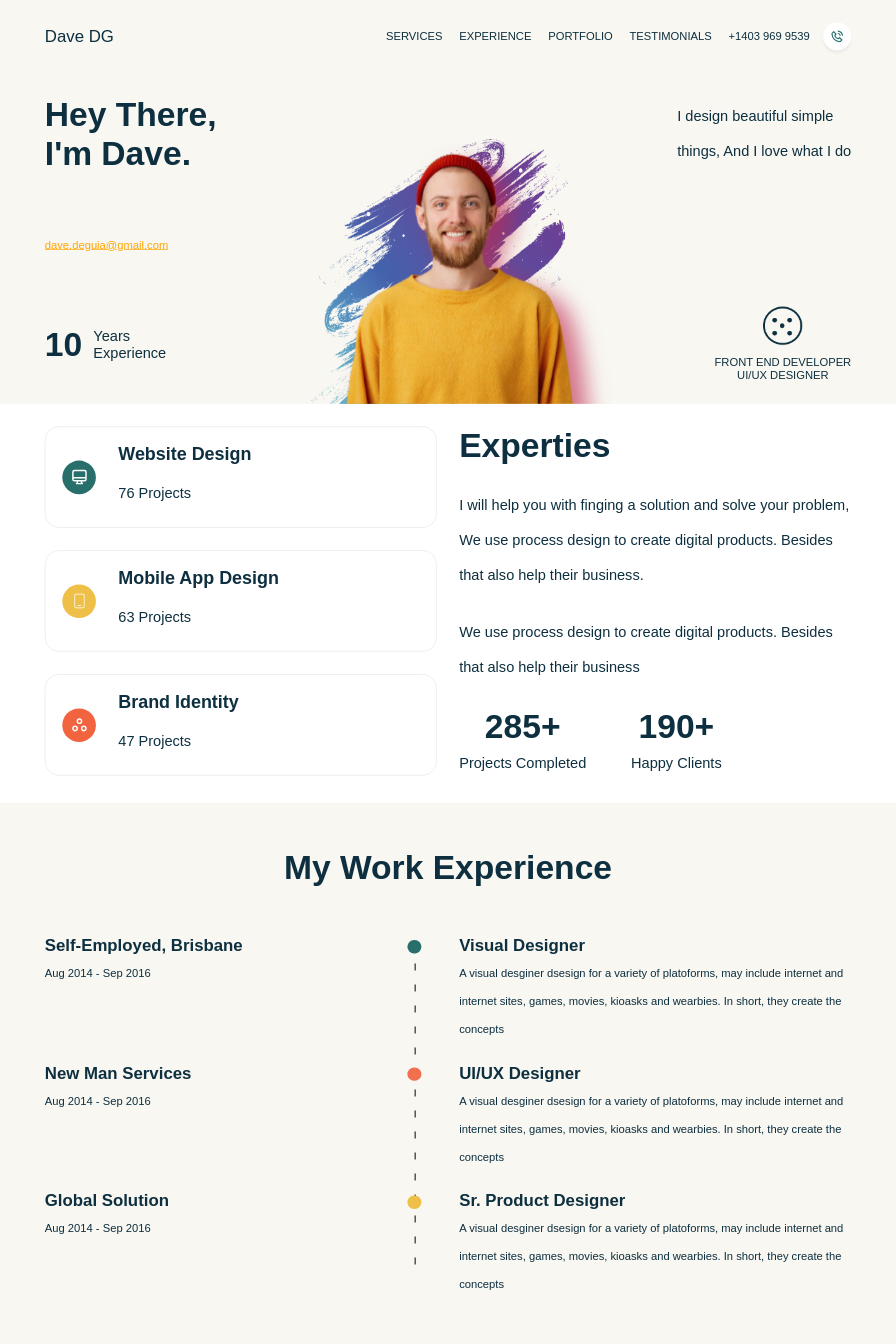
Repository: davedeguia/framer-motion-portfolio
Page: /
These files come from the project's save history. The page is drawn as it stood at one moment and after the next save; the edit follows.
The browser window is 1280 px wide. The pictures show the part of the page from y = 0 to 1920 px (the page is 7515 px tall before and 720 px after), at 70% of full size.
Some web fonts or font styles are not loaded; a fallback is used. The project was rebuilt for these pictures with package versions that can differ from the ones it lists, and the page was loaded fresh each time. Also part of the build but not shown: vite.config.js, src/components/Portfolio/Portfolio.module.scss.

Above is the page before, as saved 2023-02-10 21:59:24.

### index.html
<!DOCTYPE html>
<html lang="en">
  <head>
    <meta charset="UTF-8" />
    <link rel="icon" type="image/svg+xml" href="/vite.svg" />
    <meta name="viewport" content="width=device-width, initial-scale=1.0" />
    <link rel="stylesheet" href="https://stijndv.com/fonts/Eudoxus-Sans.css" />
      <title>Dave DG</title>
  </head>
  <body>
    <div id="root"></div>
    <script type="module" src="/src/main.jsx"></script>
  </body>
</html>

### src/main.jsx
import React from 'react'
import ReactDOM from 'react-dom/client'
import App from './App'
import './styles/index.css'
import './styles/global.scss'

ReactDOM.createRoot(document.getElementById('root')).render(
  <React.StrictMode>
    <App />
  </React.StrictMode>
)

### src/App.jsx
import Experties from './components/Experties/Experties'
import Header from './components/Header/Header'
import Hero from './components/Hero/Hero'
import Portfolio from './components/Portfolio/Portfolio'
import Works from './components/Works/Works'
import css from './styles/app.module.scss'

const App = () => {
  return (
    <div className={`bg-primary ${css.container}`}>
      <Header />
      <Hero />
      <Experties />
      <Works />
      <Portfolio />
    </div>
  )
}

export default App

### src/styles/index.css
* {
    margin: 0;
    padding: 0;
    box-sizing: border-box;
    scroll-behavior: smooth;
    font-family: "Eudoxus Sans", sans-serif;
  }

### src/styles/global.scss
@import './constants.scss';

.bg-primary {
  background: #F8F7F1;
}

.innerWidth {
  @media (min-width: $xxl) {
    max-width: 1280px;
    margin: auto;
  }

  width: 100%;
}

.paddings {
  @media (min-width: $sm) {
    padding: 4rem;
  }


  @media (min-width: $xl),
  (min-width: $md) {
    padding-top: 2rem;
    padding-bottom: 2rem;
  }

  padding-left: 1.5rem;
  padding-right: 1.5rem;
  padding-top: 1.5rem;
  padding-bottom: 1.5rem;
}



.xPaddings {
  @media (min-width: $sm) {
    padding-left: 4rem;
    padding-right: 4rem;
  }

  padding-left: 1.5rem;
  /* 24px */
  padding-right: 1.5rem;
  /* 24px */
}

.yPaddings {
  @media (min-width: $sm) {
    padding-top: 4rem;
    padding-bottom: 4rem;
  }

  @media (min-width: $xl) {
    padding-top: 2rem;
    padding-bottom: 2rem;
  }

  padding-top: 3rem;
  padding-bottom: 3rem;
}

.topPaddings {
  @media (min-width : $sm) {
    padding-top: 4rem;
  }

  @media (min-width: $xl) {
    padding-top: 2rem;
  }

  padding-top: 3rem;
}


.bottomPaddings {
  @media (min-width : $sm) {
    padding-bottom: 4rem;
  }

  @media (min-width: $xl) {
    padding-bottom: 2rem;
  }

  padding-bottom: 3rem;
}


.flexCenter {
  display: flex;
  justify-content: center;
  align-items: center;
}

.flexStart {
  display: flex;
  justify-content: start;
  align-items: center;
}

.flexEnd {
  display: flex;
  justify-items: end;
}

.primaryText {
  @media (max-width: $sm) {
    font-size: 2.5rem;
  }
  font-size: 3rem;
  font-weight: bold;
}

.secondaryText {
  @media (max-width: $sm) {
    font-size: 1.1rem;
    line-height: 40px;
  }
  line-height: 50px;
  font-size: 1.3rem;
  font-weight: 500
}
.anchor {
  display: block;
  position: relative;
  top: -100px;
  visibility: hidden;
}

### src/components/Experties/Experties.jsx
import React from 'react'
import css from './Experties.module.scss'
import { projectExperience, WhatDoIHelp } from '../../utils/data'
import { motion } from 'framer-motion'
import { fadeIn, staggerContainer, textVariant } from '../../utils/motion.js'

const Experties = () => {
  return (
    <motion.section
      variants={staggerContainer}
      initial='hidden'
      whileInView='show'
      viewport={{ once: false, amount: 0.25 }}
      className={css.wrapper}
    >
      <div
        className={`paddings yPaddings flexCenter innerWidth ${css.container}`}
      >
        <div className={css.leftSide}>
          {projectExperience.map((exp, i) => {
            return (
              <motion.div
                variants={fadeIn('right', 'tween', (i + 1) * 0.2, 1)}
                className={css.exp}
                key={i}
              >
                <div className='flexCenter' style={{ background: exp.bg }}>
                  <exp.icon size={25} color='white' />
                </div>

                <div>
                  <span>{exp.name}</span>
                  <span className='secondaryText'>{exp.projects} Projects</span>
                </div>
              </motion.div>
            )
          })}
        </div>
        <motion.div variants={textVariant(0.5)} className={css.rightSide}>
          <span className='primaryText'>Experties </span>
          {WhatDoIHelp.map((paragraph, i) => {
            return (
              <span className='secondaryText' key={i}>
                {paragraph}
              </span>
            )
          })}

          <div className={`flexCenter ${css.stats}`}>
            <div className={`flexCenter ${css.stat}`}>
              <span className='primaryText'>285+</span>
              <span className='secondaryText'>Projects Completed</span>
            </div>

            <div className={`flexCenter ${css.stat}`}>
              <span className='primaryText'>190+</span>
              <span className='secondaryText'>Happy Clients</span>
            </div>
          </div>
        </motion.div>
      </div>
    </motion.section>
  )
}

export default Experties

### src/components/Header/Header.jsx
import React, { useState } from 'react'
import css from './Header.module.scss'
import { BiMenuAltRight, BiPhoneCall } from 'react-icons/bi'
import { motion } from 'framer-motion'
import { getMenuStyles, headerVariants } from '../../utils/motion'
import useHeaderShadow from '../../hooks/useHeaderShadow'

const Header = () => {
  const [menuOpened, setMenuOpened] = useState(false)
  const headerShadow = useHeaderShadow()
  return (
    <motion.div
      initial='hidden'
      whileInView='show'
      variants={headerVariants}
      viewport={{ once: false, amount: 0.25 }}
      className={`bg-primary paddings ${css.wrapper}`}
      style={{ boxShadow: headerShadow }}
    >
      <div className={`flexCenter innerWidth ${css.container}`}>
        <div className={css.name}>Dave DG</div>
        <ul
          style={getMenuStyles(menuOpened)}
          className={`flexCenter ${css.menu}`}
        >
          <li>
            <a href='#experties'>Services</a>
          </li>

          <li>
            <a href='#work'>Experience</a>
          </li>

          <li>
            <a href='#portfolio'>Portfolio</a>
          </li>

          <li>
            <a href='#people'>Testimonials</a>
          </li>

          <li className={`flexCenter ${css.phone}`}>
            <p>+1403 969 9539</p>
            <BiPhoneCall size={'40px'} />
          </li>
        </ul>
        {/* for medium and small screens */}
        <div
          className={css.menuIcon}
          onClick={() => setMenuOpened((prev) => !prev)}
        >
          <BiMenuAltRight size={30} />
        </div>
      </div>
    </motion.div>
  )
}

export default Header

### src/components/Hero/Hero.jsx
import React from 'react'
import css from './Hero.module.scss'
import { motion } from 'framer-motion'
import { fadeIn, slideIn, staggerContainer } from '../../utils/motion'

const Hero = () => {
  return (
    <section className={`paddings ${css.wrapper}`}>
      <motion.div
        variants={staggerContainer}
        initial='hidden'
        whileInView='show'
        viewport={{ once: false, amount: 0.25 }}
        className={`innerWidth ${css.container}`}
      >
        {/* upper elements */}
        <div className={css.upperElements}>
          <motion.span
            variants={fadeIn('right', 'tween', 0.2, 1)}
            className='primaryText'
          >
            Hey There, <br /> I'm Dave.
          </motion.span>
          <motion.span
            variants={fadeIn('left', 'tween', 0.4, 1)}
            className='secondaryText'
          >
            I design beautiful simple <br /> things, And I love what I do
          </motion.span>
        </div>

        {/* person image */}
        <motion.div
          variants={fadeIn('up', 'tween', 0.3, 1)}
          className={css.person}
        >
          <motion.img
            variants={slideIn('up', 'tween', 0.5, 1.3)}
            src='./person.png'
            alt=''
          />
        </motion.div>

        {/* email */}
        <a className={css.email} href='mailto:dave.deguia@gmail.com'>
          dave.deguia@gmail.com
        </a>

        {/* lower elements */}
        <div className={css.lowerElements}>
          <div className={css.experience}>
            <div className='primaryText'>10</div>
            <div className='secondaryText'>
              <div>Years</div>
              <div>Experience</div>
            </div>
          </div>
          <div className={css.certificate}>
            <img src='./certificate.png' alt='' />
            <span>FRONT END DEVELOPER</span>
            <span>UI/UX DESIGNER</span>
          </div>
        </div>
      </motion.div>
    </section>
  )
}

export default Hero

### src/components/Portfolio/Portfolio.jsx
import React from 'react'
import css from './Portfolio.module.scss'
import { motion } from 'framer-motion'
import { fadeIn, staggerChildren } from '../../utils/motion.js'

const Portfolio = () => {
  return (
    <motion.section
      variants={staggerChildren}
      initial='hidden'
      whileInView='show'
      viewport={{ once: false, amount: 0.25 }}
      className={`paddings ${css.wrapper}`}
    >
      <div className={`innerWidth flexCenter ${css.container}`}>
        <div className={`flexCenter ${css.heading}`}>
          <div>
            <span className='primaryText'>My Latest Works</span>
            <p style={{ marginTop: '10px' }}>
              Perfect Solution for digital experience
            </p>
          </div>
          <span className='secondaryText'>Explore More Works</span>
        </div>

        {/* images */}
        <div className={css.showCase}>
          <motion.img
            variants={fadeIn('up', 'tween', 0.5, 0.6)}
            src='./showCase1.png'
            alt='project'
          />
          <motion.img
            variants={fadeIn('up', 'tween', 0.7, 0.6)}
            src='./showCase2.png'
            alt='project'
          />
          <motion.img
            variants={fadeIn('up', 'tween', 0.9, 0.6)}
            src='./showCase3.png'
            alt='project'
          />
        </div>
      </div>
    </motion.section>
  )
}

export default Portfolio

### src/components/Works/Works.jsx
import React from 'react'
import { workExp } from '../../utils/data'
import css from './Works.module.scss'
import { motion } from 'framer-motion'
import {
  fadeIn,
  staggerChildren,
  textVariant2,
  zoomIn,
} from '../../utils/motion'
const Works = () => {
  return (
    <motion.section
      variants={staggerChildren}
      initial='hidden'
      whileInView='show'
      viewport={{ once: false, amount: 0.25 }}
      className={`paddings ${css.wrapper}`}
    >
      <a className='anchor' id='work'></a>

      <div className={`innerWidth flexCenter ${css.container}`}>
        {/* heading */}
        <span className='primaryText yPaddings'>My Work Experience</span>

        <div className={`flexCenter ${css.experiences}`}>
          {workExp.map((exp, i) => {
            return (
              <motion.div
                variants={textVariant2}
                key={i}
                className={`flexCenter ${css.exp}`}
              >
                <div className={css.post}>
                  <h1>{exp.place}</h1>
                  <p>{exp.tenure}</p>
                </div>
                <div className={css.role}>
                  <h1>{exp.role}</h1>
                  <p>{exp.detail}</p>
                </div>
              </motion.div>
            )
          })}

          <motion.div variants={zoomIn(1, 1)} className={css.progressbar}>
            <motion.div
              variants={fadeIn('down', 'tween', 2, 1.5)}
              className={css.line}
            ></motion.div>
            <div>
              <div
                className={css.circle}
                style={{ background: '#286F6C' }}
              ></div>
            </div>
            <div>
              <div
                className={css.circle}
                style={{ background: '#F2704E' }}
              ></div>
            </div>
            <div>
              <div
                className={css.circle}
                style={{ background: '#EEC048' }}
              ></div>
            </div>
          </motion.div>
        </div>
      </div>
    </motion.section>
  )
}

export default Works

### src/styles/app.module.scss
@import './constants.scss';

.container{
    overflow-x: clip;
    position: relative;
    color: $primary;

}

### src/components/Experties/Experties.module.scss
@import './../../styles/constants.scss';

.wrapper {
    background: white;

    .container {
        align-items: flex-start;
        gap: 2rem;
        flex-wrap: wrap;
        >div {
            flex: 1;
        }

        .leftSide {
            display: flex;
            flex-direction: column;
            gap: 2rem;

            .exp {
                display: flex;
                align-items: center;
                border: 1px solid $secondary-white;
                border-radius: 20px;
                padding: 1.5rem;
                gap: 2rem;
                transition: all 200ms ease-out;

                &hover {
                    cursor: pointer;
                    box-shadow: 0px 21px 13px rgba(0, 0, 0, 0.04);
                }

                //icon circles
                >:nth-child(1) {
                    padding: 10px;
                    width: 3rem;
                    height: 3rem;
                    border-radius: 999px;
                }

                //description
                >:nth-child(2) {
                    display: flex;
                    flex-direction: column;
                    gap: 1rem;

                    >:nth-child(1) {
                        font-size: 1.6rem;
                        font-weight: bold;
                    }
                }

            }
        }

        .rightSide {
            @media (max-width: $sm) {
                text-align: center;
            }
            display: flex;
            flex-direction: column;
            gap: 2rem;

            .stats {
                justify-content: flex-start;
                gap: 4rem;

                .stat {
                    flex-direction: column;
                    justify-content: flex-start;
                }
            }
        }
    }
}

### src/components/Header/Header.module.scss
@import './../../styles/constants.scss';

.wrapper {
    position: relative;
    z-index: 99;
    opacity: 1;
    transform: none;
    position: sticky;
    top: 0px;
    transition: all 300ms ease;

    .container {
        position: relative;
        justify-content: space-between;
        font-weight: 500;

        .name {
            font-size: 1.5rem;
            font-weight: 500;
        }

        .menu {

            @media (max-width: $sm),
            (max-width: $md) {
                position: absolute;
                list-style: none;
                gap: 2rem;
                font-weight: 500;
                flex-direction: column;
                right: 0;
                top: 3rem;
                height: calc(100vh - 6.3rem);
                width: 50%;
                min-width: 15rem;
                background: white;
                padding: 2rem;
                display: flex;
                border-radius: 10px;
                transition: all 200ms ease;
                align-items: flex-start;
                padding: 3rem;
                justify-content: flex-start;
                box-shadow: 0px 4px 4px rgba(0, 0, 0, 0.05);
            }

            text-transform: uppercase;
            font-size: 1rem;
            list-style: none;
            gap: 1.5rem;
            cursor: pointer;

            li {
                a {
                    color: inherit;
                    text-decoration: none;
                }

                &:hover {
                    color: $secondary;
                }
            }

            .phone {
                gap: 1.2rem;
                flex-wrap: wrap;

                svg {
                    color: $secondary;
                    background-color: white;
                    padding: 10px;
                    border-radius: 999px;
                    box-shadow: 0px 4px 4px rgba(0, 0, 0, 0.05);
                }
            }
        }



        .menuIcon {

            @media (max-width: $sm),
            (max-width: $md) {
                display: block;
            }

            display: none;
        }
    }
}

### src/components/Works/Works.module.scss
@import './../../styles/constants.scss';

.wrapper {
    .container {
        flex-direction: column;
        gap: 2rem;

        .experiences {
            width: 100%;
            flex-direction: column;
            gap: 1.4rem;
            position: relative;

            .exp {
                width: 100%;
                justify-content: space-between;
                line-height: 40px;
                align-items: flex-start;

                >div {
                    flex: 1;
                }

                .role {
                    margin-left: 2rem;
                }
            }

            .progressbar {
                position: absolute;
                height: 100%;
                display: flex;
                flex-direction: column;
                gap: 1.4rem;
                left: 45%;

                .line {
                    position: absolute;
                    height: 92%;
                    width: 2px;
                    background-image: linear-gradient(black 33%, rgba(255, 255, 255, 0) 0%);
                    background-position: right;
                    background-size: 2px 30px;
                    background-repeat: repeat-y;
                    left: 48%;
                    z-index: 1;
                    border-radius: 5px;
                }

                >div {
                    flex: 1;
                    padding-top: .8rem;
                    z-index: 2;

                    .circle {
                        border-radius: 50%;
                        background: black;
                        width: 1.2rem;
                        height: 1.2rem;
                    }
                }
            }
        }

    }
}

### src/hooks/useOutsideAlerter.jsx
import { useEffect, useState } from "react";

export default function useOutsideAlerter({menuRef, setMenuOpened}) {
  const viewport_width = document.documentElement.clientWidth;
  useEffect(() => {
    /**
     * Alert if clicked on outside of element
     */
    function handleClickOutside(event) {
      if (menuRef.current && !menuRef.current.contains(event.target)) {
        if (viewport_width <= 640) {
            setMenuOpened(false);
        }
      }
    }
    // Bind the event listener
    document.addEventListener("mousedown", handleClickOutside);
    return () => {
      // Unbind the event listener on clean up
      document.removeEventListener("mousedown", handleClickOutside);
    };
  }, [menuRef]);

}

Loaded but not shown: src/styles/constants.scss (common file); src/hooks/useHeaderShadow.jsx (common file); src/utils/data.js (156 lines, source omitted); src/utils/motion.js (151 lines, source omitted); src/components/Hero/Hero.module.scss (92 lines, source omitted)

After the next save:
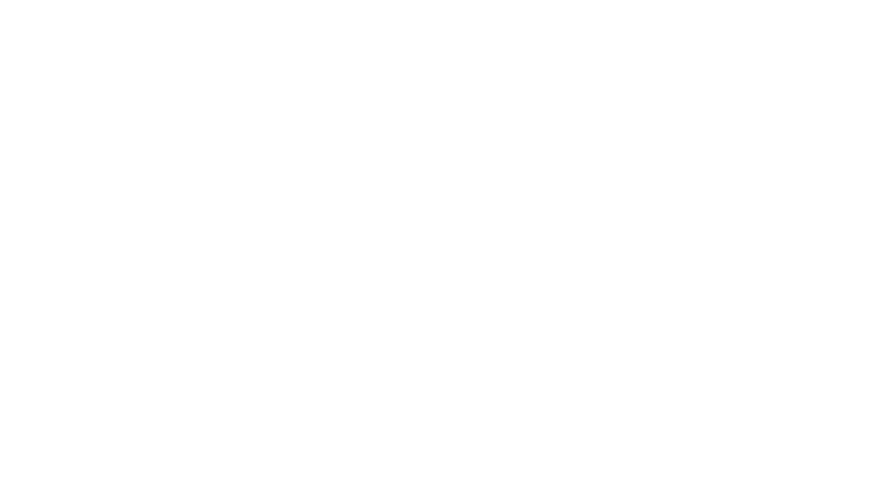
Console error: ReferenceError: useRef is not defined
Saved 39 s later.
--- a/src/components/Header/Header.jsx
+++ b/src/components/Header/Header.jsx
@@ -6,6 +6,7 @@
 import useHeaderShadow from '../../hooks/useHeaderShadow'
 
 const Header = () => {
+  const menuRef = useRef(null)
   const [menuOpened, setMenuOpened] = useState(false)
   const headerShadow = useHeaderShadow()
   return (

After the 3 saves that followed:
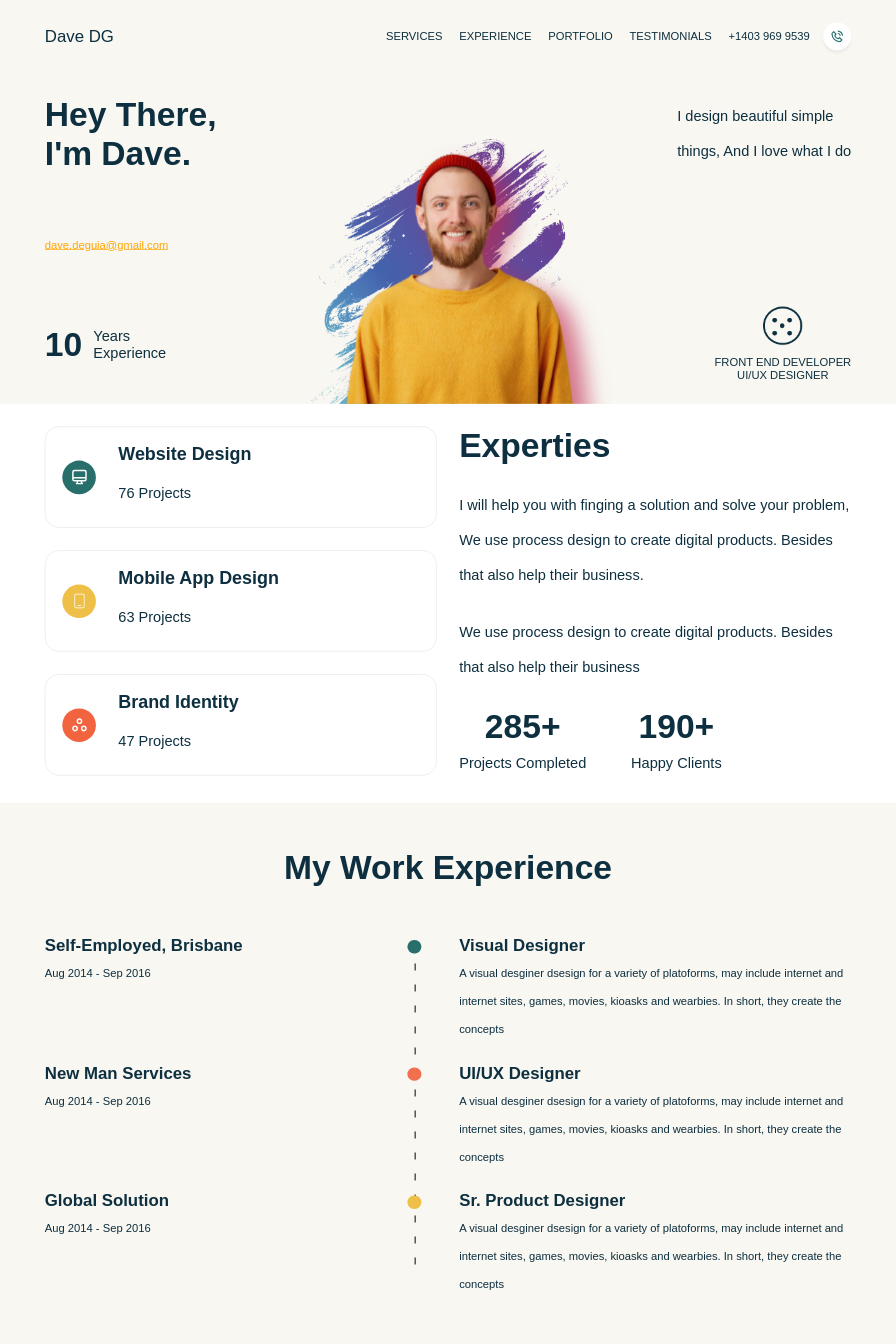
The error is gone.
The 3 saves are shown as one change because 2 left the picture as it was.
The last was saved 2 min 54 s later.
--- a/src/components/Header/Header.jsx
+++ b/src/components/Header/Header.jsx
@@ -1,14 +1,22 @@
-import React, { useState } from 'react'
+import React, { useState, useRef } from 'react'
 import css from './Header.module.scss'
 import { BiMenuAltRight, BiPhoneCall } from 'react-icons/bi'
 import { motion } from 'framer-motion'
 import { getMenuStyles, headerVariants } from '../../utils/motion'
+import useOutsideAlerter from '../../hooks/useOutsideAlerter'
 import useHeaderShadow from '../../hooks/useHeaderShadow'
 
 const Header = () => {
   const menuRef = useRef(null)
   const [menuOpened, setMenuOpened] = useState(false)
   const headerShadow = useHeaderShadow()
+
+  //to handle click outside of sidebar on mobile
+  useOutsideAlerter({
+    menuRef,
+    setMenuOpened,
+  })
+
   return (
     <motion.div
       initial='hidden'
